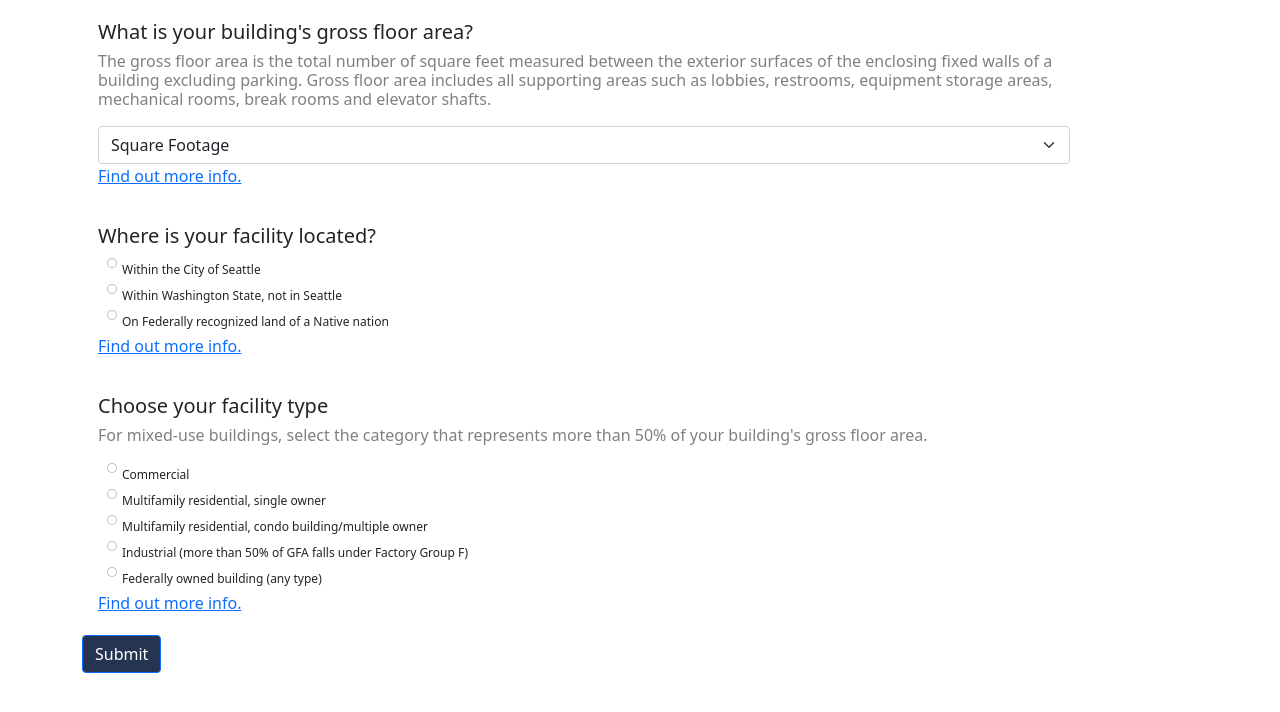
Repository: ChaidGPT/SershonSystemsQuiz
Page: index.html
These files come from the project's save history. The page is drawn as it stood at one moment and after the next save; the edit follows.
The browser window is 1280 px wide. The pictures show the whole page.

Above is the page before, as saved 2023-07-08 09:12:43.

### index.html
<!DOCTYPE html>
<html>

<head>
	<meta charset="utf-8">
	<title>Quiz</title>
	<link rel="stylesheet" href="https://cdn.jsdelivr.net/npm/bootstrap@5.0.2/dist/css/bootstrap.min.css">
	<style>
	.card {
		width: 90%;
        border: none;
	}

	.card-column {
		display: flex;
		flex-direction: column;
		align-items: center;
		max-width: auto;
	}

    .btn {
        color: white;
        background-color: #253551;
    }

	.card-body p {
		font-size: 8;
		color: gray;
		line-height: 1.2;
	}

	.form-check-input[type="radio"] {
        font-size: 10px;
    }

    .form-check-label {
        font-size: 12px;
    }
	</style>
</head>

<body>
	<div class="container">
		<!-- Question 1 Card -->
		<div class="card mb-1 mt-1">
			<div class="card-body">
				<h5 class="card-title">What is your building's gross floor area?</h5>
				<p class="card-text">The gross floor area is the total number of square feet measured between the exterior surfaces of the enclosing fixed walls of a building excluding parking. Gross floor area includes all supporting areas such as lobbies, restrooms, equipment storage areas, mechanical rooms, break rooms and elevator shafts.</p>
				<div class="form-group">
					<select id="buildingSize" type="number" class="form-select">
						<option value="">Square Footage</option>
						<option value="under20k">less than 20k square feet</option>
						<option value="20kTo30k">20k - 30k square feet</option>
						<option value="30kTo50k">30k - 50k square feet</option>
						<option value="50kTo70k">50k - 70k square feet</option>
						<option value="70kTo90k">70k - 90k square feet</option>
						<option value="90kTo100k">90k - 100k square feet</option>
						<option value="100kTo200k">100k - 200k square feet</option>
						<option value="200kTo220k">200k - 220k square feet</option>
						<option value="over220k">over 220k square feet</option>
					</select>
				</div>
				<a href="" target="_blank">Find out more info.</a>
			</div>
		</div>
		<!-- Question 1 Card End -->

		<!-- Question 2 Card -->
		<div class="card mb-1">
			<div class="card-body">
				<h5 class="card-title">Where is your facility located?</h5>
				<div class="form-check">
					<input type="radio" id="seattle" name="buildingLocation" value="seattle" class="form-check-input">
					<label for="seattle" class="form-check-label">Within the City of Seattle</label>
				</div>
				<div class="form-check">
					<input type="radio" id="washington" name="buildingLocation" value="washington" class="form-check-input">
					<label for="washington" class="form-check-label">Within Washington State, not in Seattle</label>
				</div>
				<div class="form-check">
					<input type="radio" id="native" name="buildingLocation" value="native" class="form-check-input">
					<label for="native" class="form-check-label">On Federally recognized land of a Native nation</label>
				</div>
				<a href="" target="_blank">Find out more info.</a>
			</div>
		</div>
		<!-- Question 2 Card End -->

		<!-- Question 3 Card -->
		<div class="card mb-1">
			<div class="card-body">
				<h5 class="card-title">Choose your facility type</h5>
				<p class="card-text">For mixed-use buildings, select the category that represents more than 50% of your building's gross floor area.</p>
				<div class="form-group">
					<div class="form-check">
						<input type="radio" id="commercial" name="facilityType" value="commercial" class="form-check-input">
						<label for="commercial" class="form-check-label">Commercial</label>
					</div>
					<div class="form-check">
						<input type="radio" id="MFsingle" name="facilityType" value="MFsingle" class="form-check-input">
						<label for="MFsingle" class="form-check-label">Multifamily residential, single owner</label>
					</div>
					<div class="form-check">
						<input type="radio" id="MFmultiple" name="facilityType" value="MFmultiple" class="form-check-input">
						<label for="MFmultiple" class="form-check-label">Multifamily residential, condo building/multiple owner</label>
					</div>
					<div class="form-check">
						<input type="radio" id="industrial" name="facilityType" value="industrial" class="form-check-input">
						<label for="industrial" class="form-check-label">Industrial (more than 50% of GFA falls under Factory Group F)</label>
					</div>
					<div class="form-check">
						<input type="radio" id="federal" name="facilityType" value="federal" class="form-check-input">
						<label for="federal" class="form-check-label">Federally owned building (any type)</label>
					</div>
				</div>
				<a href="" target="_blank">Find out more info.</a>
			</div>
		</div>
		<!-- Question 3 Card End -->

		<button id="submitBtn" type="submit" class="btn btn-primary">Submit</button>
	</div>


	<script src="https://cdn.jsdelivr.net/npm/bootstrap@5.0.2/dist/js/bootstrap.bundle.min.js"></script>
	<script>

var messageTable = {
      'under20k-seattle-commercial': '9',
      'under20k-seattle-MFsingle': '9',
      'under20k-seattle-MFmultiple': '9',
      'under20k-seattle-industrial': '9',
      'under20k-seattle-federal': '9',
      'under20k-washington-commercial': '9',
      'under20k-washington-MFsingle': '9',
      'under20k-washington-MFmultiple': '9',
      'under20k-washington-industrial': '9',
      'under20k-washington-federal': '9',
      'under20k-native-commercial': '9',
      'under20k-native-MFsingle': '9',
      'under20k-native-MFmultiple': '9',
      'under20k-native-industrial': '9',
      'under20k-native-federal': '9',

      '20kTo30k-seattle-commercial': '8',
      '20kTo30k-seattle-MFsingle': '14',
      '20kTo30k-seattle-MFmultiple': '19',
      '20kTo30k-seattle-industrial': '9',
      '20kTo30k-seattle-federal': '9',
      '20kTo30k-washington-commercial': '23',
      '20kTo30k-washington-MFsingle': '23',
      '20kTo30k-washington-MFmultiple': '9',
      '20kTo30k-washington-industrial': '9',
      '20kTo30k-washington-federal': '9',
      '20kTo30k-native-commercial': '9',
      '20kTo30k-native-MFsingle': '9',
      '20kTo30k-native-MFmultiple': '9',
      '20kTo30k-native-industrial': '9',
      '20kTo30k-native-federal': '9',

      '30kTo50k-seattle-commercial': '7',
      '30kTo50k-seattle-MFsingle': '13',
      '30kTo50k-seattle-MFmultiple': '18',
      '30kTo50k-seattle-industrial': '9',
      '30kTo50k-seattle-federal': '9',
      '30kTo50k-washington-commercial': '23',
      '30kTo50k-washington-MFsingle': '23',
      '30kTo50k-washington-MFmultiple': '9',
      '30kTo50k-washington-industrial': '9',
      '30kTo50k-washington-federal': '9',
      '30kTo50k-native-commercial': '9',
      '30kTo50k-native-MFsingle': '9',
      '30kTo50k-native-MFmultiple': '9',
      '30kTo50k-native-industrial': '9',
      '30kTo50k-native-federal': '9',

      '50kTo70k-seattle-commercial': '6',
      '50kTo70k-seattle-MFsingle': '12',
      '50kTo70k-seattle-MFmultiple': '17',
      '50kTo70k-seattle-industrial': '9',
      '50kTo70k-seattle-federal': '9',
      '50kTo70k-washington-commercial': '22',
      '50kTo70k-washington-MFsingle': '23',
      '50kTo70k-washington-MFmultiple': '9',
      '50kTo70k-washington-industrial': '9',
      '50kTo70k-washington-federal': '9',
      '50kTo70k-native-commercial': '9',
      '50kTo70k-native-MFsingle': '9',
      '50kTo70k-native-MFmultiple': '9',
      '50kTo70k-native-industrial': '9',
      '50kTo70k-native-federal': '9',

      '70kTo90k-seattle-commercial': '5',
      '70kTo90k-seattle-MFsingle': '12',
      '70kTo90k-seattle-MFmultiple': '17',
      '70kTo90k-seattle-industrial': '9',
      '70kTo90k-seattle-federal': '9',
      '70kTo90k-washington-commercial': '22',
      '70kTo90k-washington-MFsingle': '23',
      '70kTo90k-washington-MFmultiple': '9',
      '70kTo90k-washington-industrial': '9',
      '70kTo90k-washington-federal': '9',
      '70kTo90k-native-commercial': '9',
      '70kTo90k-native-MFsingle': '9',
      '70kTo90k-native-MFmultiple': '9',
      '70kTo90k-native-industrial': '9',
      '70kTo90k-native-federal': '9',

      '90kTo100k-seattle-commercial': '4',
      '90kTo100k-seattle-MFsingle': '11',
      '90kTo100k-seattle-MFmultiple': '16',
      '90kTo100k-seattle-industrial': '9',
      '90kTo100k-seattle-federal': '9',
      '90kTo100k-washington-commercial': '21',
      '90kTo100k-washington-MFsingle': '23',
      '90kTo100k-washington-MFmultiple': '9',
      '90kTo100k-washington-industrial': '9',
      '90kTo100k-washington-federal': '9',
      '90kTo100k-native-commercial': '9',
      '90kTo100k-native-MFsingle': '9',
      '90kTo100k-native-MFmultiple': '9',
      '90kTo100k-native-industrial': '9',
      '90kTo100k-native-federal': '9',

      '100kTo200k-seattle-commercial': '3',
      '100kTo200k-seattle-MFsingle': '11',
      '100kTo200k-seattle-MFmultiple': '16',
      '100kTo200k-seattle-industrial': '9',
      '100kTo200k-seattle-federal': '9',
      '100kTo200k-washington-commercial': '21',
      '100kTo200k-washington-MFsingle': '23',
      '100kTo200k-washington-MFmultiple': '9',
      '100kTo200k-washington-industrial': '9',
      '100kTo200k-washington-federal': '9',
      '100kTo200k-native-commercial': '9',
      '100kTo200k-native-MFsingle': '9',
      '100kTo200k-native-MFmultiple': '9',
      '100kTo200k-native-industrial': '9',
      '100kTo200k-native-federal': '9',

      '200kTo220k-seattle-commercial': '2',
      '200kTo220k-seattle-MFsingle': '11',
      '200kTo220k-seattle-MFmultiple': '16',
      '200kTo220k-seattle-industrial': '9',
      '200kTo220k-seattle-federal': '9',
      '200kTo220k-washington-commercial': '21',
      '200kTo220k-washington-MFsingle': '23',
      '200kTo220k-washington-MFmultiple': '9',
      '200kTo220k-washington-industrial': '9',
      '200kTo220k-washington-federal': '9',
      '200kTo220k-native-commercial': '9',
      '200kTo220k-native-MFsingle': '9',
      '200kTo220k-native-MFmultiple': '9',
      '200kTo220k-native-industrial': '9',
      '200kTo220k-native-federal': '9',

      'over220k-seattle-commercial': '1',
      'over220k-seattle-MFsingle': '10',
      'over220k-seattle-MFmultiple': '5',
      'over220k-seattle-industrial': '9',
      'over220k-seattle-federal': '9',
      'over220k-washington-commercial': '20',
      'over220k-washington-MFsingle': '23',
      'over220k-washington-MFmultiple': '9',
      'over220k-washington-industrial': '9',
      'over220k-washington-federal': '9',
      'over220k-native-commercial': '9',
      'over220k-native-MFsingle': '9',
      'over220k-native-MFmultiple': '9',
      'over220k-native-industrial': '9',
      'over220k-native-federal': '9'
    };

		document.querySelector("#submitBtn").addEventListener("click", function(event) {
  		event.preventDefault(); // Prevents the default form submission behavior

  		var DD = document.querySelector('#buildingSize').value;
		var R1 = document.querySelector('input[name="buildingLocation"]:checked').value;
		var R2 = document.querySelector('input[name="facilityType"]:checked').value;

		var combination = DD + '-' + R1 + '-' + R2;

    // Retrieve the message from the message table using the combination key
    	var message = messageTable[combination] || 'Default message';

    // Show the alert with the corresponding message
    	alert(message);
});



	</script>

</body>

</html>

After the next save:
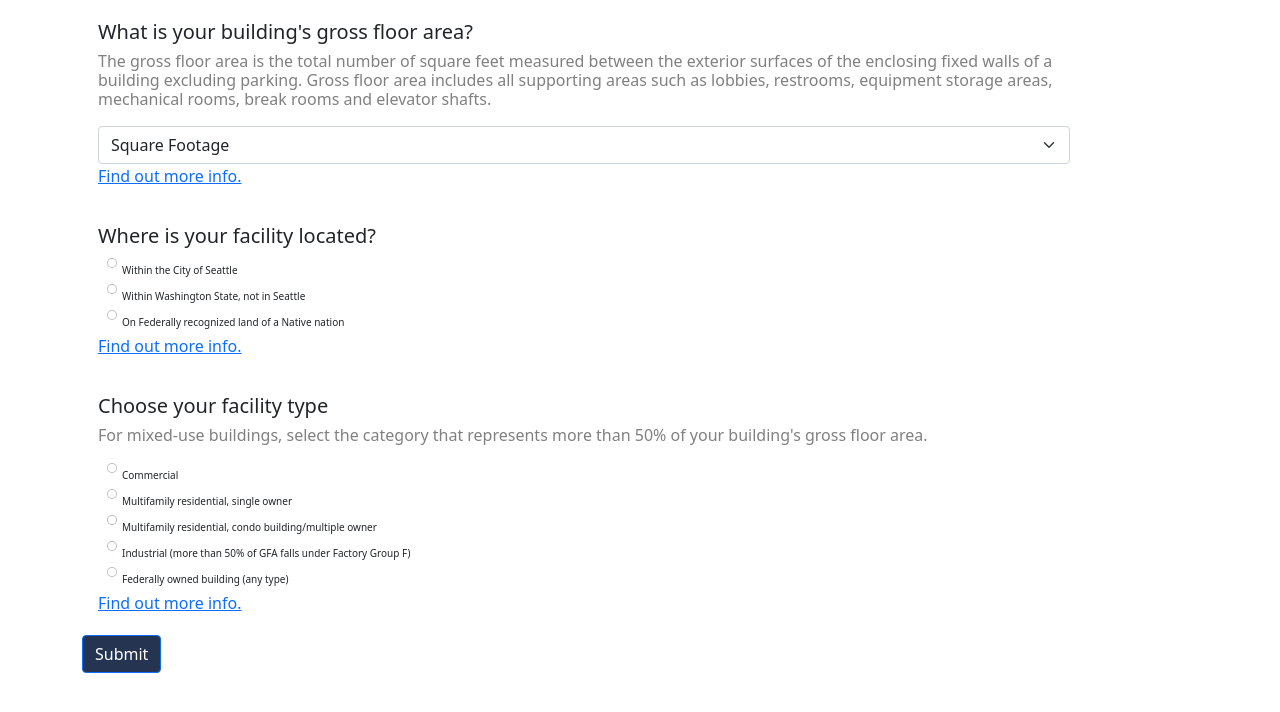
Saved 4 min 47 s later.
--- a/index.html
+++ b/index.html
@@ -34,7 +34,7 @@
     }
 
     .form-check-label {
-        font-size: 12px;
+        font-size: 10px;
     }
 	</style>
 </head>

After the save that followed:
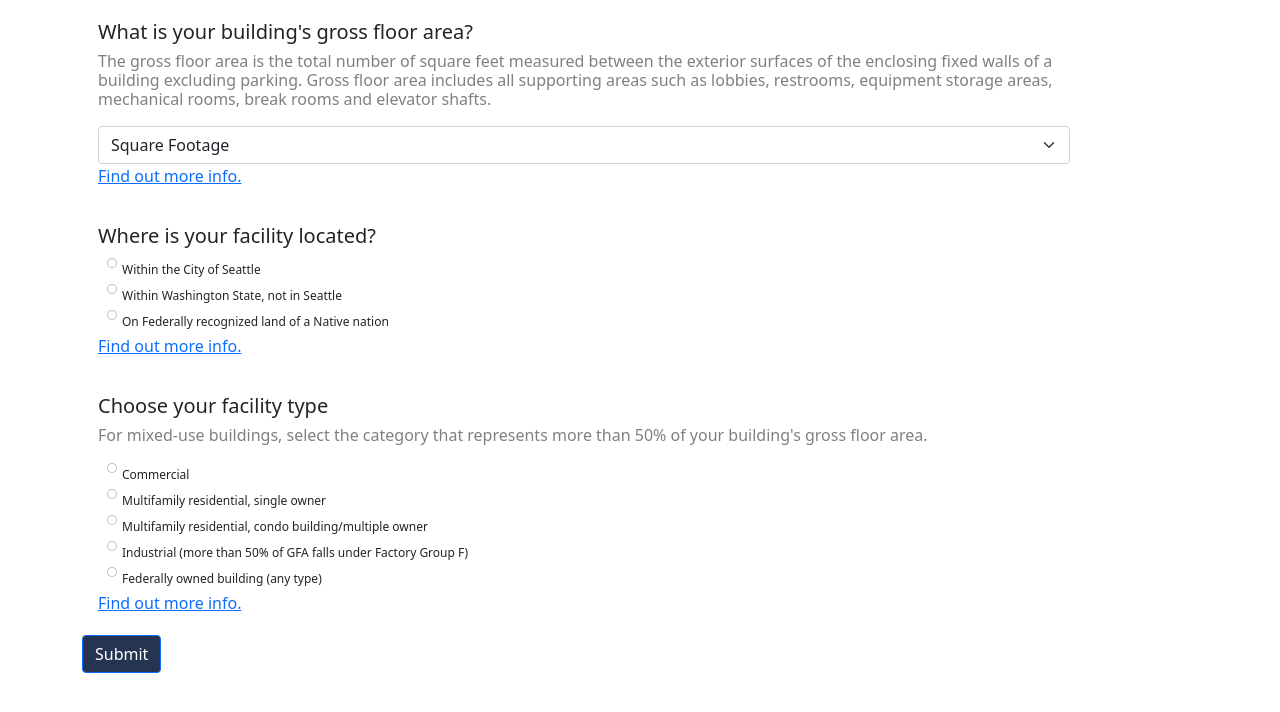
Saved 12 s later.
--- a/index.html
+++ b/index.html
@@ -34,7 +34,7 @@
     }
 
     .form-check-label {
-        font-size: 10px;
+        font-size: 12px;
     }
 	</style>
 </head>
